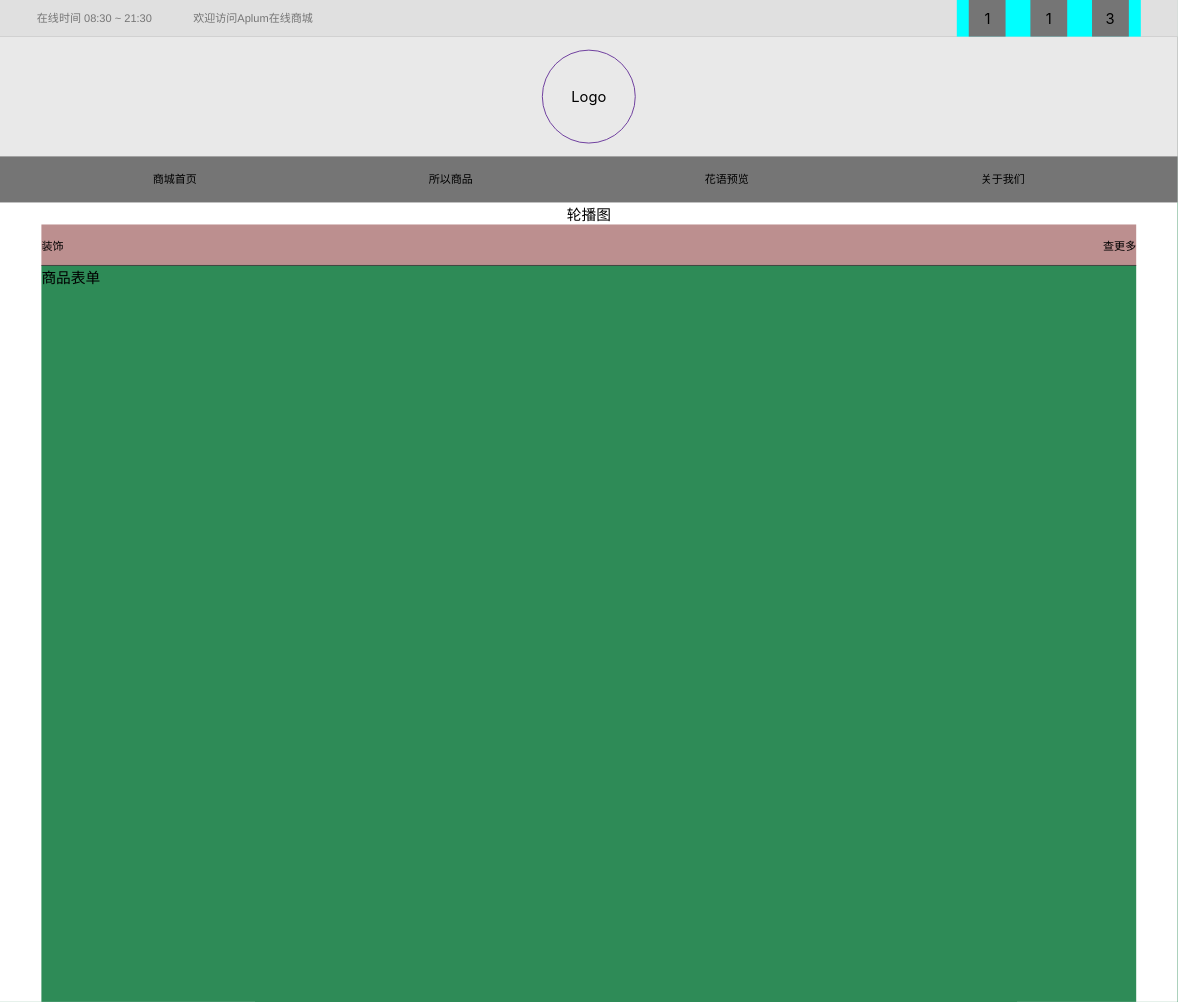
Repository: Alicehhhmm/aplum
Page: /
These files come from the project's save history. The page is drawn as it stood at one moment and after a run of saves; the edit follows.
The browser window is 1280 px wide. The pictures show the whole page, at 92% of full size.
The project was rebuilt for these pictures with package versions that can differ from the ones it lists, and the page was loaded fresh each time. Also part of the build but not shown: src/components/footer/index.jsx, src/components/carousel/index.scss, src/App.css.

Above is the page before, as saved 2021-10-11 16:33:31.

After the next 2 saves:
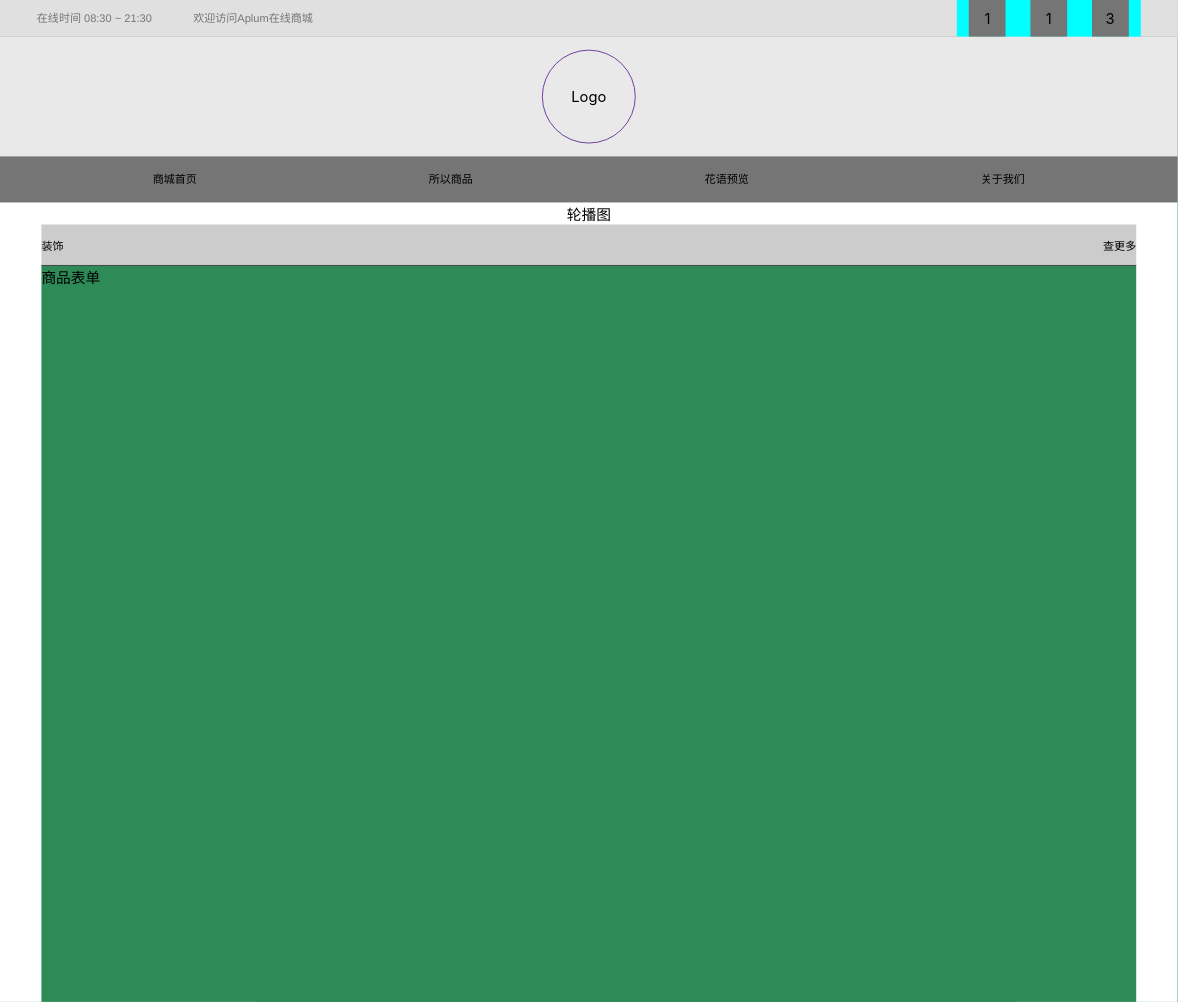
The 2 saves are shown as one change because they came seconds apart.
The last was saved 117 s later.
--- a/src/components/productList/topList/index.scss
+++ b/src/components/productList/topList/index.scss
@@ -1,7 +1,7 @@
 
 
 .mod{
-    background-color: rosybrown;
+    background-color: #ccc;
     width: 1190px;
     height: 44px;
     border-bottom:1px solid #343434;
